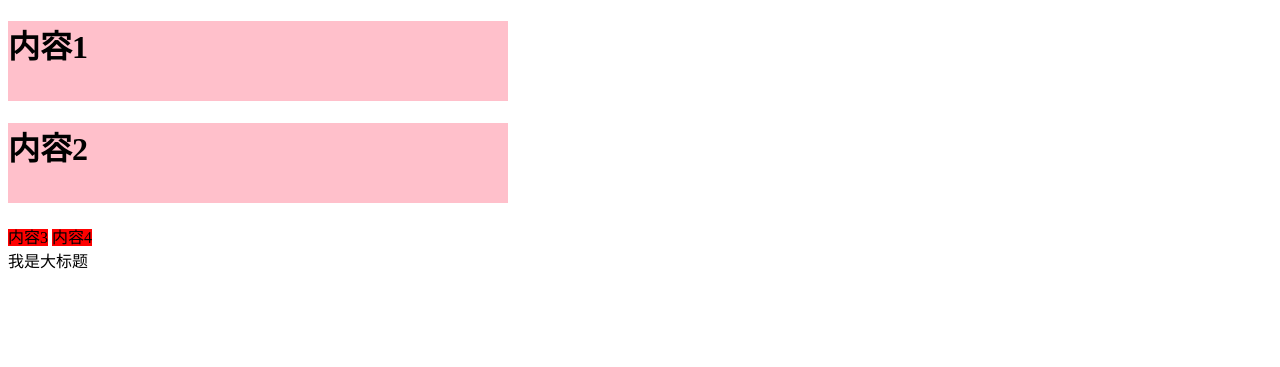
Repository: Germtao/Web
Page: web_css/css_浮动.html
An editor plug-in stored every save of this project. The page is shown before and after the next save, followed by the edit.
The browser window is 1280 px wide. The pictures show the whole page.

Above is the page before, as saved 2020-10-29 17:13:49.

### web_css/css_浮动.html
<!DOCTYPE html>
<html lang="en">

<head>
  <meta charset="UTF-8">
  <meta name="viewport" content="width=device-width, initial-scale=1.0">
  <title>css-浮动</title>

  <!-- <style type="text/css">
    span {
      font-size: 100px;
    }
  </style> -->

  <!-- 行内元素和块级元素 -->
  <!-- 行内元素和块级元素的区别：
    行内元素：
      - 与其他行内元素并排
      - 不能设置宽、高。默认的宽度，就是文字的宽度
    块级元素：
      - 霸占一行，不能与其他任何元素并列
      - 能接受宽、高。如果不设置宽度，那么宽度将默认变为父亲的100%
   -->
  <style type="text/css">
    h1 {
      background-color: pink;
      width: 500px;
      height: 80px;
    }

    span {
      background: red;
      /* 设置无效 */
      width: 500px;
      height: 80px;
    }
  </style>

</head>

<body>
  <!-- <p>
    哈哈
    <span>王者荣耀</span>
    哈哈哈哈哈哈哈
    <img src="http://img.smyhvae.com/20170729_1445.png" alt="">
    <img src="http://img.smyhvae.com/20170729_1502.png" alt="">
  </p> -->

  <!-- 行内元素和块级元素 -->
  <h1>内容1</h1>
  <h1>内容2</h1>

  <span>内容3</span>
  <span>内容4</span>

  <div>我是大标题</div>
</body>

</html>

After the next save:
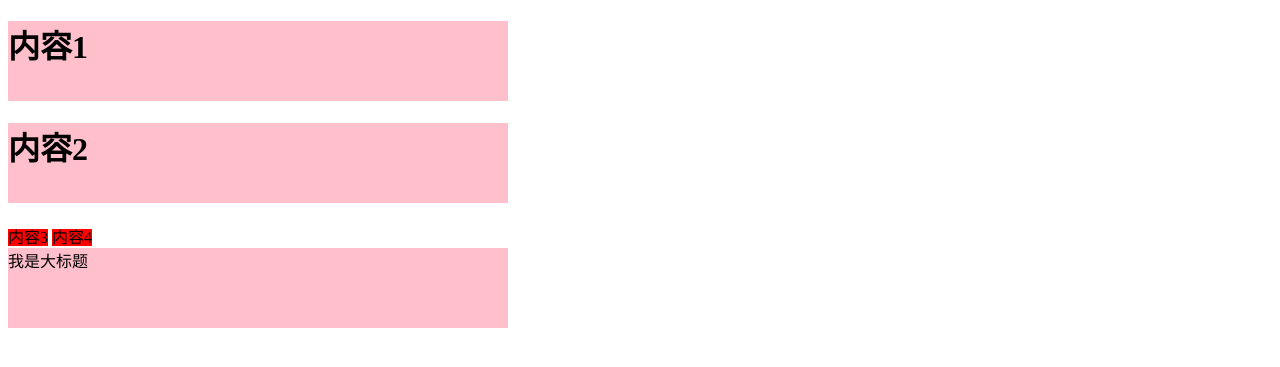
Saved 27 s later.
--- a/web_css/css_浮动.html
+++ b/web_css/css_浮动.html
@@ -34,6 +34,12 @@
       width: 500px;
       height: 80px;
     }
+
+    div {
+      background-color: pink;
+      width: 500px;
+      height: 80px;
+    }
   </style>
 
 </head>
